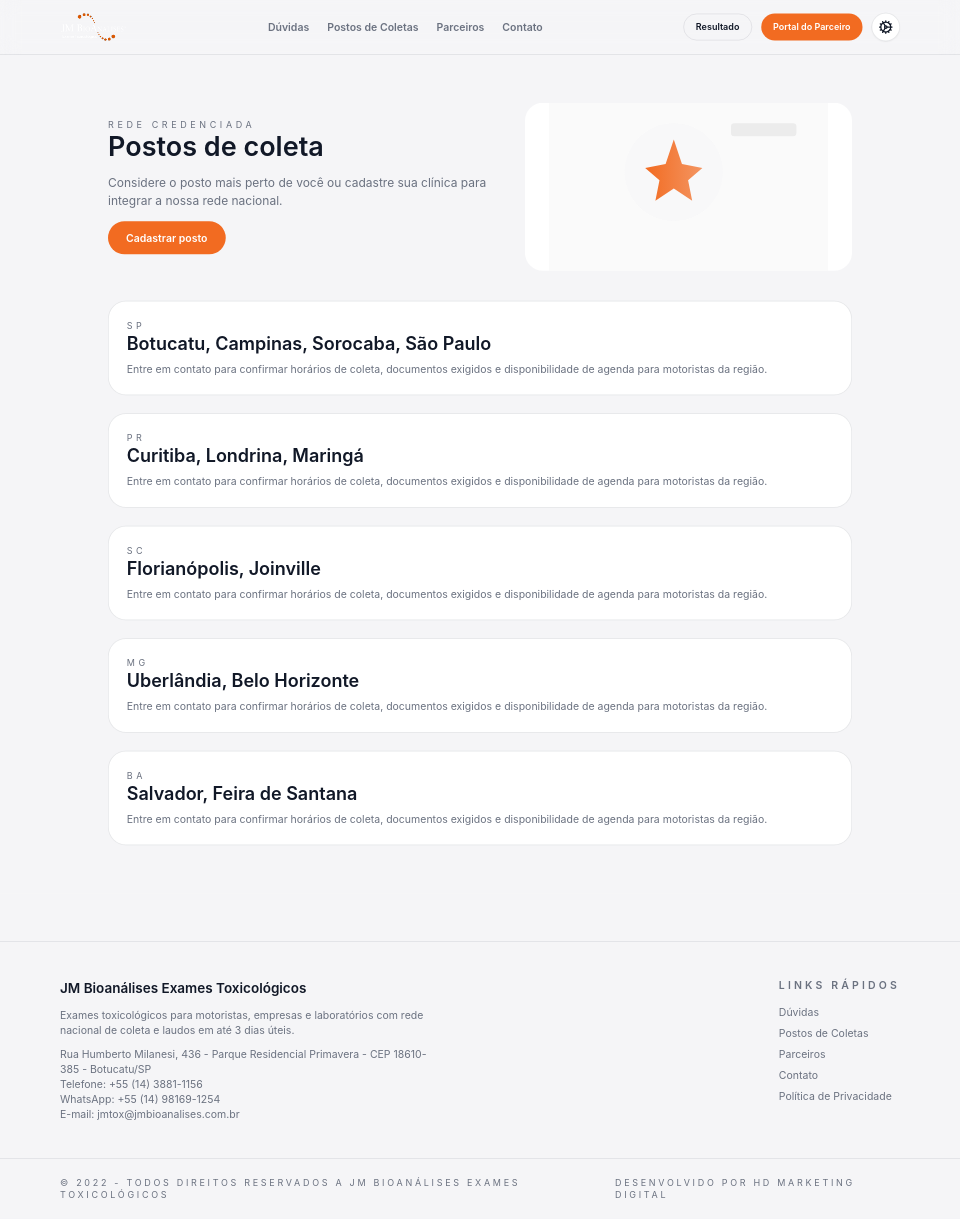
Repository: 1xLab/cat1
Page: /postos-de-coletas
These files come from the project's save history. The page is drawn as it stood at one moment and after the next save; the edit follows.
The browser window is 1280 px wide. The pictures show the whole page, at 75% of full size.
The page's requests for data from a server got no answer. The project was rebuilt for these pictures with package versions that can differ from the ones it lists, and the page was loaded fresh each time. The framework's server and built-in components were replaced by stand-ins that run in the browser. No one was signed in, and anything a server would have sent is missing. Also part of the build but not shown: next.config.ts.

Above is the page before, as saved 2025-11-19 21:52:22.

### src/app/layout.tsx
import type { Metadata } from "next";
import { Geist, Geist_Mono } from "next/font/google";
import "./globals.css";

import { Header } from "@/components/layout/header";
import { Footer } from "@/components/layout/footer";
import { baseMetadata } from "@/lib/seo";
import { LabSchema } from "@/components/seo/lab-schema";
import { TagManager } from "@/components/analytics/tag-manager";

const geistSans = Geist({
  variable: "--font-geist-sans",
  subsets: ["latin"],
});

const geistMono = Geist_Mono({
  variable: "--font-geist-mono",
  subsets: ["latin"],
});

export const metadata: Metadata = baseMetadata;

export default function RootLayout({
  children,
}: Readonly<{
  children: React.ReactNode;
}>) {
  return (
    <html lang="pt-BR" data-theme="sunrise">
      <body className={`${geistSans.variable} ${geistMono.variable} antialiased`}>
        <TagManager />
        <LabSchema />
        <Header />
        <main className="min-h-screen bg-[var(--color-bg)] text-[var(--color-text)]">
          {children}
        </main>
        <Footer />
      </body>
    </html>
  );
}

### src/app/postos-de-coletas/page.tsx
import Image from "next/image";
import type { Metadata } from "next";
import { Button } from "@/components/ui/button";

const states = [
  { sigla: "SP", cidades: ["Botucatu", "Campinas", "Sorocaba", "São Paulo"] },
  { sigla: "PR", cidades: ["Curitiba", "Londrina", "Maringá"] },
  { sigla: "SC", cidades: ["Florianópolis", "Joinville"] },
  { sigla: "MG", cidades: ["Uberlândia", "Belo Horizonte"] },
  { sigla: "BA", cidades: ["Salvador", "Feira de Santana"] },
];

export const metadata: Metadata = {
  title: "Postos de coleta | JM Tox",
};

const illustration = "/imagens/illustration-postos-clean.svg";

export default function PostosPage() {
  return (
    <section className="mx-auto max-w-5xl px-4 py-16">
      <div className="grid gap-6 md:grid-cols-[1.1fr_0.9fr] md:items-center">
        <div className="space-y-4">
          <div>
            <p className="text-xs uppercase tracking-[0.4em] text-[var(--color-text-muted)]">
              Rede credenciada
            </p>
            <h1 className="text-4xl font-semibold text-[var(--color-text)]">
              Postos de coleta
            </h1>
          </div>
          <p className="text-[var(--color-text-muted)]">
            Considere o posto mais perto de você ou cadastre sua clínica para
            integrar a nossa rede nacional.
          </p>
          <Button asChild>
            <a href="/cadastro-postos-de-coleta">Cadastrar posto</a>
          </Button>
        </div>
        <div className="relative h-56 rounded-3xl">
          <Image
            src={illustration}
            alt="Caminhão em movimento"
            fill
            className="rounded-3xl object-cover"
            sizes="(min-width: 768px) 450px, 100vw"
          />
        </div>
      </div>

      <div className="mt-10 space-y-6">
        {states.map((state) => (
          <article
            key={state.sigla}
            className="rounded-3xl border border-[var(--color-outline)] bg-[var(--color-surface)] p-6"
          >
            <p className="text-xs uppercase tracking-[0.4em] text-[var(--color-text-muted)]">
              {state.sigla}
            </p>
            <h2 className="text-2xl font-semibold text-[var(--color-text)]">
              {state.cidades.join(", ")}
            </h2>
            <p className="mt-2 text-sm text-[var(--color-text-muted)]">
              Entre em contato para confirmar horários de coleta, documentos
              exigidos e disponibilidade de agenda para motoristas da região.
            </p>
          </article>
        ))}
      </div>
    </section>
  );
}

### src/app/globals.css
@tailwind base;
@tailwind components;
@tailwind utilities;

:root {
  --color-bg: #f5f5f7;
  --color-surface: #ffffff;
  --color-text: #111827;
  --color-text-muted: #6b7280;
  --color-primary: #f26b21;
  --color-primary-dark: #c65310;
  --color-header: #050608;
  --color-outline: rgba(15, 23, 42, 0.1);
}

[data-theme="sunrise"] {
  --color-bg: #f5f5f7;
  --color-surface: #ffffff;
  --color-text: #111827;
  --color-text-muted: #6b7280;
  --color-primary: #f26b21;
  --color-primary-dark: #c65310;
  --color-header: #050608;
}

[data-theme="midnight"] {
  --color-bg: #050608;
  --color-surface: #111827;
  --color-text: #f9fafb;
  --color-text-muted: #9ca3af;
  --color-primary: #f26b21;
  --color-primary-dark: #f26b21;
  --color-header: #000000;
  --color-outline: rgba(255, 255, 255, 0.1);
}

[data-theme="clinical"] {
  --color-bg: #f3f6fb;
  --color-surface: #ffffff;
  --color-text: #0f172a;
  --color-text-muted: #3f4d63;
  --color-primary: #2563eb;
  --color-primary-dark: #1d4ed8;
  --color-header: #0f172a;
  --color-outline: rgba(15, 23, 42, 0.08);
}

[data-theme="high-contrast"] {
  --color-bg: #000000;
  --color-surface: #000000;
  --color-text: #ffffff;
  --color-text-muted: #f3f4f6;
  --color-primary: #ffbf00;
  --color-primary-dark: #f59e0b;
  --color-header: #000000;
  --color-outline: rgba(255, 255, 255, 0.2);
}

[data-theme="dark"] {
  --color-bg: #111436;
  --color-surface: rgba(255, 255, 255, 0.08);
  --color-text: #fefefe;
  --color-text-muted: #d4ddff;
  --color-primary: #f97316;
  --color-primary-dark: #ea580c;
  --color-header: rgba(17, 20, 54, 0.9);
  --color-outline: rgba(255, 255, 255, 0.2);
}

@layer base {
  * {
    box-sizing: border-box;
  }

  body {
    background: var(--color-bg);
    color: var(--color-text);
    font-family: "Inter", system-ui, -apple-system, BlinkMacSystemFont,
      "Segoe UI", sans-serif;
    min-height: 100vh;
  }
}

@layer utilities {
  .text-balance {
    text-wrap: balance;
  }

  .glass-panel {
    background: color-mix(in srgb, var(--color-surface) 90%, transparent);
    backdrop-filter: blur(18px);
    border: 1px solid color-mix(in srgb, var(--color-outline) 80%, transparent);
    border-radius: 1.5rem;
    box-shadow: 0 15px 45px rgba(15, 23, 42, 0.12);
  }
}

### src/components/layout/header.tsx
import Image from "next/image";
import Link from "next/link";
import { ThemeSwitcher } from "@/components/theme-switcher";
import { Button } from "@/components/ui/button";

const navItems = [
  { label: "Dúvidas", href: "/duvidas-frequentes" },
  { label: "Postos de Coletas", href: "/postos-de-coletas" },
  { label: "Parceiros", href: "/parceiros" },
  { label: "Contato", href: "/contato" },
];

export function Header() {
  return (
    <header className="sticky top-0 z-40 border-b border-[var(--color-outline)] bg-[var(--color-header)]/15 backdrop-blur-md">
      <div className="container mx-auto flex max-w-6xl items-center justify-between gap-4 px-4 py-4">
        <Link href="/" className="flex items-center gap-3">
          <Image
            src="/logo-jm-bioanalises-branco.png"
            alt="JM Bioanálises"
            width={150}
            height={42}
            className="h-10 w-auto"
            priority
          />
          <span className="sr-only">JM Bioanálises</span>
        </Link>
        <nav className="hidden items-center gap-6 text-sm font-semibold text-[var(--color-text-muted)] lg:flex">
          {navItems.map((item) => (
            <Link
              key={item.href}
              href={item.href}
              className="transition hover:text-[var(--color-text)]"
            >
              {item.label}
            </Link>
          ))}
        </nav>
        <div className="flex items-center gap-3">
          <Button asChild variant="outline" size="sm">
            <Link href="/duvidas-frequentes#resultado-online">Resultado</Link>
          </Button>
          <Button asChild size="sm">
            <Link href="/parceiros">Portal do Parceiro</Link>
          </Button>
          <ThemeSwitcher />
        </div>
      </div>
      <div className="border-t border-[var(--color-outline)] bg-[var(--color-header)] px-4 py-3 lg:hidden">
        <nav className="flex flex-wrap gap-3 text-sm font-semibold text-[var(--color-text-muted)]">
          {navItems.map((item) => (
            <Link
              key={item.href}
              href={item.href}
              className="rounded-full border border-gray-600 px-3 py-1 transition hover:border-[var(--color-primary)] hover:text-white"
            >
              {item.label}
            </Link>
          ))}
        </nav>
      </div>
    </header>
  );
}

### src/components/layout/footer.tsx
import Link from "next/link";

import { siteConfig } from "@/lib/site";

const quickLinks = [
  { label: "Dúvidas", href: "/duvidas-frequentes" },
  { label: "Postos de Coletas", href: "/postos-de-coletas" },
  { label: "Parceiros", href: "/parceiros" },
  { label: "Contato", href: "/contato" },
  { label: "Política de Privacidade", href: "/politica-de-privacidade" },
];

export function Footer() {
  return (
    <footer className="mt-16 border-t border-[var(--color-outline)] bg-[var(--color-surface)]/95">
      <div className="mx-auto flex max-w-6xl flex-col gap-8 px-4 py-12 md:flex-row md:justify-between">
        <div className="max-w-lg space-y-3">
          <p className="text-lg font-semibold text-[var(--color-text)]">
            {siteConfig.name}
          </p>
          <p className="text-sm text-[var(--color-text-muted)]">
            {siteConfig.description}
          </p>
          <div className="text-sm text-[var(--color-text-muted)]">
            <p>{siteConfig.address}</p>
            <p>Telefone: {siteConfig.contacts.phone}</p>
            <p>WhatsApp: {siteConfig.contacts.mobile}</p>
            <p>E-mail: {siteConfig.contacts.email}</p>
          </div>
        </div>
        <div>
          <p className="text-sm font-semibold uppercase tracking-[0.3em] text-[var(--color-text-muted)]">
            Links rápidos
          </p>
          <ul className="mt-4 space-y-2 text-sm">
            {quickLinks.map((link) => (
              <li key={link.href}>
                <Link
                  href={link.href}
                  className="text-[var(--color-text-muted)] transition hover:text-[var(--color-text)]"
                >
                  {link.label}
                </Link>
              </li>
            ))}
          </ul>
        </div>
      </div>
      <div className="border-t border-[var(--color-outline)]">
        <div className="mx-auto flex max-w-6xl flex-col gap-2 px-4 py-6 text-xs uppercase tracking-[0.3em] text-[var(--color-text-muted)] md:flex-row md:items-center md:justify-between">
          <p>
            © 2022 - Todos Direitos Reservados a JM Bioanálises Exames Toxicológicos
          </p>
          <p>Desenvolvido por HD Marketing Digital</p>
        </div>
      </div>
    </footer>
  );
}

### src/lib/seo.ts
import type { Metadata } from "next";
import { siteConfig } from "./site";

type SEOParams = {
  title?: string;
  description?: string;
  path?: string;
};

export const baseMetadata: Metadata = {
  metadataBase: new URL(siteConfig.url),
  title: {
    default: `${siteConfig.name} | Laboratório de Toxicologia`,
    template: `%s | ${siteConfig.name}`,
  },
  description: siteConfig.description,
  openGraph: {
    type: "website",
    url: siteConfig.url,
    title: siteConfig.name,
    description: siteConfig.description,
    images: [
      {
        url: siteConfig.ogImage,
        width: 1200,
        height: 630,
        alt: siteConfig.name,
      },
    ],
  },
  twitter: {
    card: "summary_large_image",
    title: siteConfig.name,
    description: siteConfig.description,
    images: [siteConfig.ogImage],
  },
  icons: {
    icon: "/favicon.ico",
  },
};

export const generatePageMetadata = ({
  title,
  description,
  path = "",
}: SEOParams): Metadata => ({
  ...baseMetadata,
  title,
  description,
  alternates: {
    canonical: path ? `${siteConfig.url}${path}` : siteConfig.url,
  },
});

### src/components/seo/lab-schema.tsx
export function LabSchema() {
  const jsonLd = {
    "@context": "https://schema.org",
    "@type": "MedicalOrganization",
    name: "JM Bioanálises Exames Toxicológicos",
    url: "https://jmtox.com.br",
    address: {
      "@type": "PostalAddress",
      streetAddress:
        "Rua Humberto Milanesi, 436 - Parque Residencial Primavera",
      addressLocality: "Botucatu",
      addressRegion: "SP",
      postalCode: "18610-385",
      addressCountry: "BR",
    },
    contactPoint: {
      "@type": "ContactPoint",
      telephone: "+55-14-3881-1156",
      contactType: "customer service",
      availableLanguage: ["Portuguese", "English"],
    },
    sameAs: ["https://www.linkedin.com/company/jmbioanalises"],
    medicalSpecialty: ["Toxicologic"],
  };

  return (
    <script
      type="application/ld+json"
      dangerouslySetInnerHTML={{ __html: JSON.stringify(jsonLd) }}
    />
  );
}

### src/components/analytics/tag-manager.tsx
"use client";

import Script from "next/script";

export function TagManager() {
  const id = process.env.NEXT_PUBLIC_GTM_ID;
  if (!id) return null;

  return (
    <>
      <Script id="gtm-loader">
        {`
          (function(w,d,s,l,i){w[l]=w[l]||[];w[l].push({'gtm.start':
          new Date().getTime(),event:'gtm.js'});var f=d.getElementsByTagName(s)[0],
          j=d.createElement(s),dl=l!='dataLayer'?'&l='+l:'';j.async=true;j.src=
          'https://www.googletagmanager.com/gtm.js?id='+i+dl;f.parentNode.insertBefore(j,f);
          })(window,document,'script','dataLayer','${id}');
        `}
      </Script>
      <noscript>
        <iframe
          src={`https://www.googletagmanager.com/ns.html?id=${id}`}
          height="0"
          width="0"
          style={{ display: "none", visibility: "hidden" }}
        />
      </noscript>
    </>
  );
}

### src/components/ui/button.tsx
"use client";

import * as React from "react";
import { Slot } from "@radix-ui/react-slot";
import { cva, type VariantProps } from "class-variance-authority";

import { cn } from "@/lib/utils";

const buttonVariants = cva(
  "inline-flex items-center justify-center whitespace-nowrap rounded-full text-sm font-semibold transition focus-visible:outline-none focus-visible:ring-2 focus-visible:ring-[var(--color-primary)] disabled:pointer-events-none disabled:opacity-60",
  {
    variants: {
      variant: {
        default:
          "bg-[var(--color-primary)] text-white hover:bg-[var(--color-primary-dark)]",
        secondary:
          "bg-[var(--color-surface)] text-[var(--color-text)] border border-[var(--color-outline)] hover:border-[var(--color-primary)]",
        outline:
          "border border-[var(--color-outline)] text-[var(--color-text)] hover:border-[var(--color-primary)] hover:text-[var(--color-text)]",
        ghost: "text-[var(--color-text)] hover:bg-[var(--color-outline)]/30",
        link: "underline-offset-4 text-[var(--color-primary)] hover:underline",
      },
      size: {
        default: "h-11 px-6",
        sm: "h-9 px-4 text-xs",
        lg: "h-12 px-8 text-base",
        icon: "h-10 w-10",
      },
    },
    defaultVariants: {
      variant: "default",
      size: "default",
    },
  }
);

export interface ButtonProps
  extends React.ButtonHTMLAttributes<HTMLButtonElement>,
    VariantProps<typeof buttonVariants> {
  asChild?: boolean;
}

const Button = React.forwardRef<HTMLButtonElement, ButtonProps>(
  ({ className, variant, size, asChild = false, ...props }, ref) => {
    const Comp = asChild ? Slot : "button";
    return (
      <Comp
        className={cn(buttonVariants({ variant, size, className }))}
        ref={ref}
        {...props}
      />
    );
  }
);
Button.displayName = "Button";

export { Button, buttonVariants };

### src/components/theme-switcher.tsx
"use client";

import { useEffect, useState } from "react";
import { Cog, Check } from "lucide-react";
import { cn } from "@/lib/utils";

const themes = [
  { id: "sunrise", name: "Sunrise Light", description: "Luz natural com laranja vibrante." },
  { id: "midnight", name: "Midnight Dark", description: "Interface escura para salas de comando." },
  { id: "clinical", name: "Clinical Light", description: "Azul clínico com fundos neutros." },
  { id: "high-contrast", name: "High Contrast", description: "Alto contraste para máxima leitura." },
];

function applyThemeValue(
  value: string,
  setTheme: (theme: string) => void
) {
  const next = themes.find((item) => item.id === value) ? value : "sunrise";
  setTheme(next);
  document.documentElement.setAttribute("data-theme", next);
  try {
    localStorage.setItem("jmbio-theme", next);
  } catch {
    /* ignore */
  }
}

export function ThemeSwitcher() {
  const [open, setOpen] = useState(false);
  const [theme, setTheme] = useState("sunrise");

  useEffect(() => {
    let stored = "sunrise";
    try {
      stored = localStorage.getItem("jmbio-theme") || "sunrise";
    } catch {
      stored = "sunrise";
    }
    applyThemeValue(stored, setTheme);
  }, []);

  function apply(value: string) {
    applyThemeValue(value, setTheme);
  }

  return (
    <div className="relative">
      <button
        aria-label="Alterar tema do site"
        className="rounded-full border border-[var(--color-outline)] bg-[var(--color-surface)] p-2 text-[var(--color-text)] shadow-sm transition hover:shadow-md"
        onClick={() => setOpen((prev) => !prev)}
      >
        <Cog className="h-5 w-5" />
      </button>
      {open && (
        <div className="absolute right-0 z-50 mt-3 w-64 rounded-2xl border border-[var(--color-outline)] bg-[var(--color-surface)] p-4 shadow-xl">
          <p className="text-xs font-semibold uppercase tracking-[0.3em] text-[var(--color-text-muted)]">
            Temas
          </p>
          <div className="mt-3 space-y-2">
            {themes.map((item) => (
              <button
                key={item.id}
                className={cn(
                  "flex w-full items-start gap-2 rounded-2xl border border-transparent p-3 text-left transition hover:border-[var(--color-outline)]",
                  theme === item.id && "border-[var(--color-primary)] bg-[var(--color-primary)]/10"
                )}
                onClick={() => apply(item.id)}
              >
                <span className="mt-1 text-[var(--color-primary)]">
                  {theme === item.id ? <Check className="h-4 w-4" /> : <span className="block h-4 w-4 rounded-full border border-[var(--color-outline)]" />}
                </span>
                <span>
                  <span className="font-semibold text-[var(--color-text)]">{item.name}</span>
                  <span className="block text-xs text-[var(--color-text-muted)]">{item.description}</span>
                </span>
              </button>
            ))}
          </div>
        </div>
      )}
    </div>
  );
}

### src/lib/site.ts
export const siteConfig = {
  name: "JM Bioanálises Exames Toxicológicos",
  description:
    "Exames toxicológicos para motoristas, empresas e laboratórios com rede nacional de coleta e laudos em até 3 dias úteis.",
  url: "https://jmtox.com.br",
  ogImage: "/logo-jm-bioanalises-branco.png",
  social: {
    linkedin: "https://www.linkedin.com/company/jmbioanalises",
    whatsapp: "https://api.whatsapp.com/send?phone=5514981691254",
  },
  contacts: {
    phone: "+55 (14) 3881-1156",
    mobile: "+55 (14) 98169-1254",
    email: "jmtox@jmbioanalises.com.br",
  },
  address:
    "Rua Humberto Milanesi, 436 - Parque Residencial Primavera - CEP 18610-385 - Botucatu/SP",
};

export type SiteConfig = typeof siteConfig;

### src/lib/utils.ts
import { type ClassValue, clsx } from "clsx";
import { twMerge } from "tailwind-merge";

export function cn(...inputs: ClassValue[]) {
  return twMerge(clsx(inputs));
}

export function formatPhone(phone: string) {
  const digits = phone.replace(/\D/g, "");
  const match = digits.match(/^(\d{2})(\d{5})(\d{4})$/);
  if (!match) return phone;
  return `(${match[1]}) ${match[2]}-${match[3]}`;
}

export function slugify(value: string) {
  return value
    .toLowerCase()
    .normalize("NFD")
    .replace(/[\u0300-\u036f]/g, "")
    .replace(/[^a-z0-9]+/g, "-")
    .replace(/(^-|-$)+/g, "");
}

export function formatIsoDate(date: string) {
  return new Date(date).toLocaleDateString("pt-BR", {
    day: "2-digit",
    month: "short",
    year: "numeric",
  });
}

### tailwind.config.ts
import type { Config } from "tailwindcss";
import { fontFamily } from "tailwindcss/defaultTheme";
import animate from "tailwindcss-animate";

const config: Config = {
  darkMode: ["class"],
  content: ["./src/**/*.{ts,tsx}"],
  theme: {
    container: {
      center: true,
      padding: {
        DEFAULT: "1.5rem",
        md: "2rem",
      },
      screens: {
        "2xl": "1320px",
      },
    },
    extend: {
      colors: {
        border: "hsl(var(--border))",
        input: "hsl(var(--input))",
        ring: "hsl(var(--ring))",
        background: "hsl(var(--background))",
        foreground: "hsl(var(--foreground))",
        primary: {
          DEFAULT: "hsl(var(--primary))",
          foreground: "hsl(var(--primary-foreground))",
        },
        secondary: {
          DEFAULT: "hsl(var(--secondary))",
          foreground: "hsl(var(--secondary-foreground))",
        },
        muted: {
          DEFAULT: "hsl(var(--muted))",
          foreground: "hsl(var(--muted-foreground))",
        },
        accent: {
          DEFAULT: "hsl(var(--accent))",
          foreground: "hsl(var(--accent-foreground))",
        },
        destructive: {
          DEFAULT: "hsl(var(--destructive))",
          foreground: "hsl(var(--destructive-foreground))",
        },
        card: {
          DEFAULT: "hsl(var(--card))",
          foreground: "hsl(var(--card-foreground))",
        },
      },
      borderRadius: {
        lg: "var(--radius)",
        md: "calc(var(--radius) - 2px)",
        sm: "calc(var(--radius) - 4px)",
      },
      fontFamily: {
        sans: ["var(--font-geist-sans)", ...fontFamily.sans],
        mono: ["var(--font-geist-mono)", ...fontFamily.mono],
      },
      backgroundImage: {
        "grid-fade":
          "radial-gradient(circle at 20% 20%, hsla(var(--primary),0.25), transparent 55%), radial-gradient(circle at 80% 0%, hsla(var(--accent),0.3), transparent 60%)",
      },
    },
  },
  plugins: [animate],
};

export default config;

After the next save:
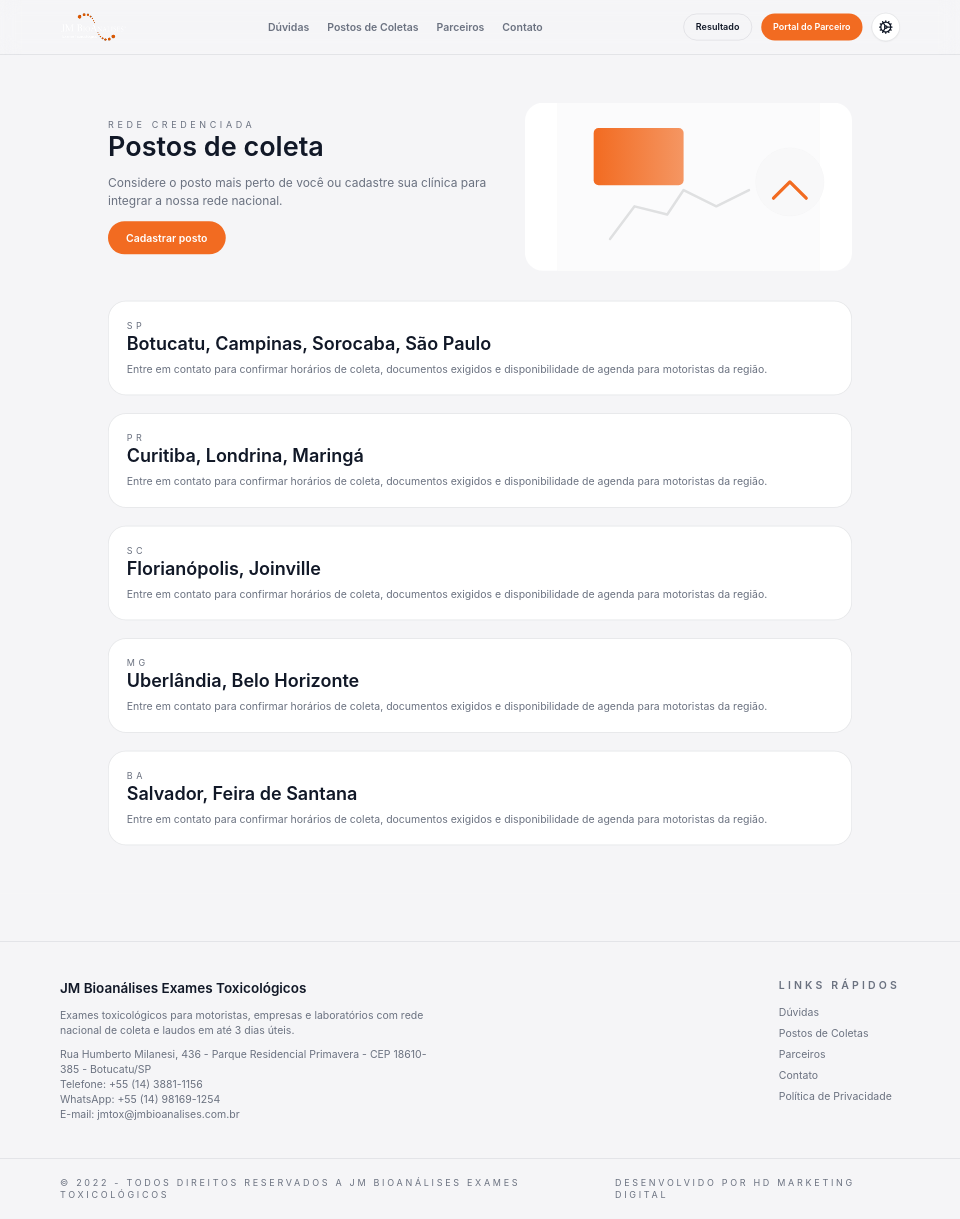
Saved 6 s later.
--- a/src/app/postos-de-coletas/page.tsx
+++ b/src/app/postos-de-coletas/page.tsx
@@ -14,7 +14,7 @@ export const metadata: Metadata = {
   title: "Postos de coleta | JM Tox",
 };
 
-const illustration = "/imagens/illustration-postos-clean.svg";
+const illustration = "/imagens/illustration-postos-v2.svg";
 
 export default function PostosPage() {
   return (
